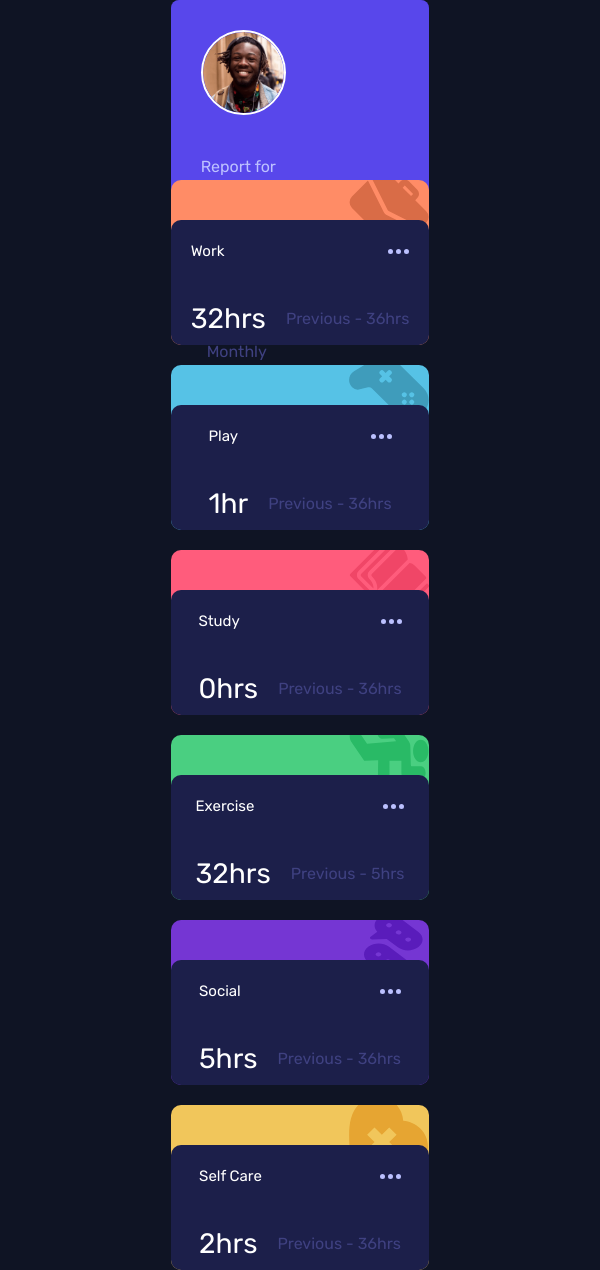
Repository: Akashiii1/WebTimeTracking_Day6
Page: index.html
The author's editor kept a copy of each file at every save. The page is drawn from the files as they stood at one save, then again after the next save.
The browser window is 600 px wide. The pictures show the whole page.

Above is the page before, as saved 2021-12-27 00:44:53.

After the next save:
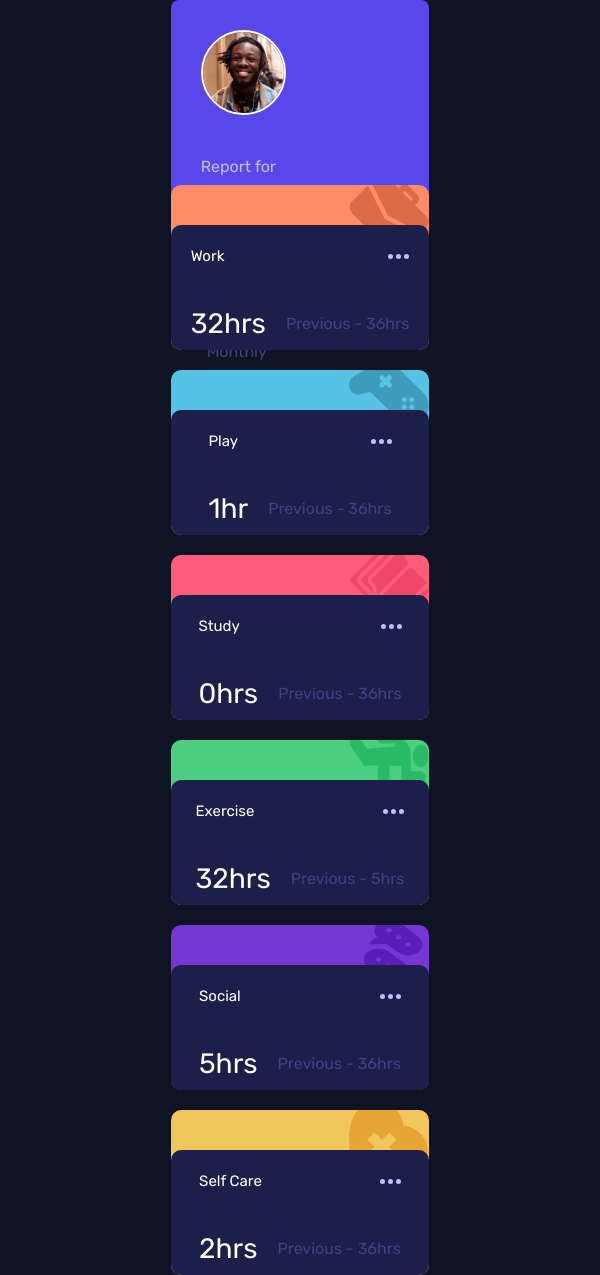
Saved 5 s later.
--- a/style.css
+++ b/style.css
@@ -223,7 +223,7 @@ button{
     font-size: 28px;
   }
   .first{
-    height: 160px;
+    height: 165px;
   }
 }
 /* remove animation for people who've turned them off */
